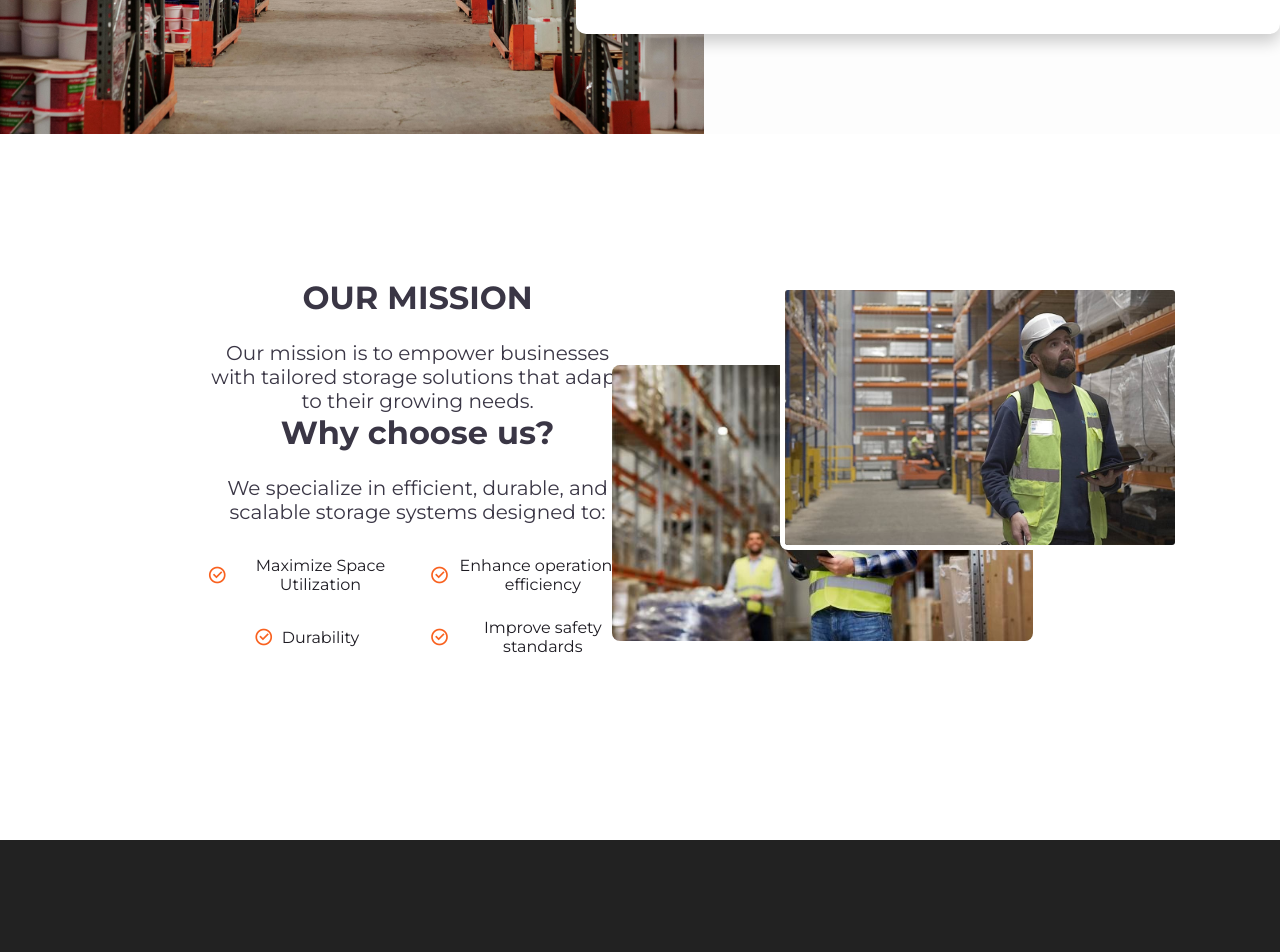
Repository: jahatesu/shelves-and-storage-equipment
Page: index.html
An editor plug-in stored every save of this project. The page is shown before and after the next save, followed by the edit.
The browser window is 1280 px wide. The pictures show the part of the page from y = 1338 to 2290 px (the page is 7818 px tall before and 7738 px after).
A picture or video elsewhere on the page could not be fetched, so the positions and the page height are approximate. Backgrounds fixed to the window are drawn as part of the page. Some web fonts or font styles are not loaded; a fallback is used. Some web libraries are served in a nearby version.

Above is the page before, as saved 2025-01-25 19:33:33.
Console error: TypeError: Cannot read properties of null (reading 'querySelector')

### index.html
<!DOCTYPE html>
<html lang="en">
<head>
    <meta charset="UTF-8">
    <meta name="viewport" content="width=device-width, initial-scale=1.0">
    <!-- Remix Icons -->
    <link rel="stylesheet" href="https://cdnjs.cloudflare.com/ajax/libs/remixicon/4.2.0/remixicon.css">
    <!-- Swiper CSS -->
    <link rel="stylesheet" href="assets\js\swiper-bundle.min.js" />
    <!-- CSS -->
    <link rel="stylesheet" href="style.css">
    <script src="https://cdnjs.cloudflare.com/ajax/libs/jquery/3.7.1/jquery.min.js"></script>
    <title>Shelves and Storage</title>
    <link rel="stylesheet" href="https://fonts.googleapis.com/css?family=Material+Symbols+Rounded&opsz,wght,FILL,GRAD@48,400,0,0" />
    <script  src="https://kit.fontawesome.com/64d58efce2.js" crossorigin="anonymous" ></script>
</head>

<body>

    <!-- Navigation Bar -->
    <header class="transparent">
        <div class="logo">
            <img src="assets\images\logo.png" alt="Shelves and Storage Logo">
        </div>

        <div class="navigation">
            <input type="checkbox" id="nav-checkbox">
            <label for="nav-checkbox" class="nav-toggle">
                <i class="ri-menu-fill"></i>
            </label>

            <ul class="nav-menu">
                <li><a href="#">Home</a></li>
                <li><a href="#">About Us</a></li>
                <li><a href="#">Services</a></li>
                <li><a href="#">Products</a></li>
                <li><a href="#">Contact Us</a></li>
            </ul>
        </div>
    </header>

    <!-- Hero Section -->
    <div class="hero">
        <h1 class="animate__animated animate__fadeInDown">Shelves and Storage Equipment</h1>
        <h3 class="animate__animated animate__fadeInUp">Storage and Racking Expert</h3>
    </div>

    <!-- about -->

    <div class="about-section">
        <div class="inner-container">
            <h1>About Us</h1>
            <p class="text">
                Founded in 2015, Shelves and Storage Equipment Inc. is a trusted name in providing customized racking solutions for logistics and warehousing. We specialize in efficient, durable, and scalable storage systems designed to:
            </p>
            <ul class="skills">
                <li><i class="ri-fullscreen-line"></i> Maximize space utilization</li>
                <li><i class="ri-settings-3-line"></i> Enhance operational efficiency</li>
                <li><i class="ri-shield-check-line"></i> Improve safety standards</li>
            </ul>
        </div>
    </div>

<!-- About Section -->
<section class="about section" id="about">
    <div class="about_container container grid">
        <div class="about_data">
            <h2 class="section_title">OUR MISSION</h2>
            <p>
                Our mission is to empower businesses with tailored storage solutions that adapt to their growing needs.
            </p>
            <h2 class="section_title">Why choose us?</h2>
            <p class="about_description">
                We specialize in efficient, durable, and scalable storage systems designed to:
            </p>
            <ul class="about_list grid">
                <li class="about_list-item">
                    <i class="ri-checkbox-circle-line"></i>
                    <span>Maximize Space Utilization</span>
                </li>
                <li class="about_list-item">
                    <i class="ri-checkbox-circle-line"></i>
                    <span>Enhance operational efficiency</span>
                </li>
                <li class="about_list-item">
                    <i class="ri-checkbox-circle-line"></i>
                    <span> Durability</span>
                </li>
                <li class="about_list-item">
                    <i class="ri-checkbox-circle-line"></i>
                    <span>Improve safety standards</span>
                </li>
            </ul>
        </div>
        <div class="about_images">
            <img src="assets/images/about_img1.png" alt="image" class="about_img1">
            <img src="assets/images/about_img2.png" alt="image" class="about_img2">
        </div>
    </div>
</section>

<!-- Services Section -->
<div class="services-container">
    <div class="service-card">
      <div class="card-image">
        <img src="#" alt="Profile Picture of Annie Lea">
      </div>
      <div class="card-header">
        <h3 class="name">Annie Lea</h3>
        <p class="role">Apps Developer</p>
      </div>
      <div class="card-content">
        <p>Lorem ipsum dolor sit amet, consectetur adipisicing elit. Dolorem quaerat iusto adipisci reprehenderit quasi cum perspiciatis, minima reiciendis magni quam!</p>
      </div>
    </div>
    <div class="service-card">
      <div class="card-image">
        <img src="#" alt="Profile Picture of Eliana Maia">
      </div>
      <div class="card-header">
        <h3 class="name">Eliana Maia</h3>
        <p class="role">Website Developer</p>
      </div>
      <div class="card-content">
        <p>Lorem ipsum dolor sit amet, consectetur adipisicing elit. Dolorem quaerat iusto adipisci reprehenderit quasi cum perspiciatis, minima reiciendis magni quam!</p>
      </div>
    </div>
    <div class="service-card">
      <div class="card-image">
        <img src="#" alt="Profile Picture of Harley Briana">
      </div>
      <div class="card-header">
        <h3 class="name">Harley Briana</h3>
        <p class="role">Graphic Designer</p>
      </div>
      <div class="card-content">
        <p>Lorem ipsum dolor sit amet, consectetur adipisicing elit. Dolorem quaerat iusto adipisci reprehenderit quasi cum perspiciatis, minima reiciendis magni quam!</p>
      </div>
    </div>
  </div>

<!-- what we offer -->
<section class="services section" id="services">
    <div class="services_container container grid">
        <div class="services_data">
            <div>
                <span class="section_subtitle">WHAT WE OFFER</span>
                <h2 class="section_title">Heavy and Light Duty Racks System</h2>
            </div>
        </div>
        <div class="services_grid">
            <article class="services_card">
                <div class="services_icon">
                    <img src="/assets/images/driveInRack.jpg" alt="Drive in Rack">
                </div>
                <h3 class="services_title">Drive in Rack</h3>
                <p>
                    Forklifts drive into storage lanes, reducing aisle space. Perfect for bulk storage.
                </p>
            </article>
            <article class="services_card">
                <div class="services_icon">
                    <img src="assets/images/cantileverRack.jpg" alt="Cantilever Rack">
                </div>
                <h3 class="services_title">Cantilever Rack</h3>
                <p>
                    Ideal for long, bulky items. Easy loading and unloading, maximizes space. Available in single or double-sided options.
                </p>
            </article>
            <article class="services_card">
                <div class="services_icon">
                    <img src="assets/images/mezzanineFloorRack.jpg" alt="Mezzanine Floor">
                </div>
                <h3 class="services_title">Mezzanine Floor</h3>
                <p>
                    Cost-effective, customizable, and durable. Ideal for storage, offices, or production areas.
                </p>
            </article>
            <article class="services_card">
                <div class="services_icon">
                    <img src="assets/images/radioShuttle.jpeg" alt="Radio Shuttle">
                </div>
                <h3 class="services_title">Radio Shuttle Racking</h3>
                <p>
                    Optimize warehouse space and efficiency. Semi-automated, high-density storage. Fast pallet handling, both FIFO and LIFO.
                </p>
            </article>
        </div>
    </div>
</section>

<!-- products -->
<section class="projects section" id="projects">
    <h2 class="section_title_products">Our Products</h2>
    <div class="projects_container container grid">
        <article class="projects_card">
            <img src="assets/images/narrowAisle.jpg" alt="Narrow Aisle Pallet Racking" class="projects_img">
            <div class="projects_data">
                <h2 class="projects_title">Narrow Aisle Pallet Racking</h2>
            </div>
        </article>
        <article class="projects_card">
            <img src="assets/images/doubleDeep.jpg" alt="Double Deep Pallet Racking" class="projects_img">
            <div class="projects_data">
                <h2 class="projects_title">Double Deep Pallet Racking</h2>
            </div>
        </article>
        <article class="projects_card">
            <img src="assets/images/lightDuty.webp" alt="Light Duty Shelves" class="projects_img">
            <div class="projects_data">
                <h2 class="projects_title">Light Duty Shelves</h2>
            </div>
        </article>
        <article class="projects_card">
            <img src="assets/images/boltLess.webp" alt="Boltless Racks" class="projects_img">
            <div class="projects_data">
                <h2 class="projects_title">Boltless Racks</h2>
            </div>
        </article>
        <article class="projects_card">
            <img src="assets/images/counterBalance.jpg" alt="Tailift Counter Balance" class="projects_img">
            <div class="projects_data">
                <h2 class="projects_title">Tailift Counter Balance</h2>
            </div>
        </article>
        <article class="projects_card">
            <img src="assets/images/reachTruck.jpg" alt="Tailift Reach Truck" class="projects_img">
            <div class="projects_data">
                <h2 class="projects_title">Tailift Reach Truck</h2>
            </div>
        </article>
        <article class="projects_card">
            <img src="assets/images/palletRack.webp" alt="Pallet Rack" class="projects_img">
            <div class="projects_data">
                <h2 class="projects_title">Pallet Rack</h2>
            </div>
        </article>
        <article class="projects_card">
            <img src="assets/images/slottedRack.webp" alt="Slotted Rack" class="projects_img">
            <div class="projects_data">
                <h2 class="projects_title">Slotted Rack</h2>
            </div>
        </article>
        <article class="projects_card">
            <img src="assets/images/smRack.webp" alt="Supermarket Rack" class="projects_img">
            <div class="projects_data">
                <h2 class="projects_title">Supermarket Rack</h2>
            </div>
        </article>
        <article class="projects_card">
            <img src="assets/images/shoppingTrolley.jpg" alt="Shopping Trolley" class="projects_img">
            <div class="projects_data">
                <h2 class="projects_title">Shopping Trolley</h2>
            </div>
        </article>
        <article class="projects_card">
            <img src="assets/images/shoppingBasket.jpg" alt="Shopping Basket" class="projects_img">
            <div class="projects_data">
                <h2 class="projects_title">Shopping Basket</h2>
            </div>
        </article>
        <article class="projects_card">
            <img src="assets/images/binBoxes.jpg" alt="Bin Boxes" class="projects_img">
            <div class="projects_data">
                <h2 class="projects_title">Bin Boxes</h2>
            </div>
        </article>
        <article class="projects_card">
            <img src="assets/images/shelving.jpeg" alt="Shelving" class="projects_img">
            <div class="projects_data">
                <h2 class="projects_title">Shelving</h2>
            </div>
        </article>
        <article class="projects_card">
            <img src="assets/images/handPallet.webp" alt="Hand Pallet" class="projects_img">
            <div class="projects_data">
                <h2 class="projects_title">Hand Pallet</h2>
            </div>
        </article>
    </div>
</section>

<!-- contacts -->
<div class="container_contact">
    <span class="big-circle"></span>
    <img src="img/shape.png" class="square" alt="" />
    <div class="form">
      <div class="contact-info">
        <h3 class="title">Let's get in touch</h3>
        <p class="text">
          Lorem ipsum dolor sit amet consectetur adipisicing elit. Saepe
          dolorum adipisci recusandae praesentium dicta!
        </p>

        <div class="info">
          <div class="information">
            <img src="img/location.png" class="icon" alt="" />
            <p>Manila - Philippines</p>
          </div>
          <div class="information">
            <img src="img/email.png" class="icon" alt="" />
            <p>shelvesandstorage.ph@gmail.com<br>
                sseisales3@gmail.com</p>
          </div>
          <div class="information">
            <img src="img/phone.png" class="icon" alt="" />
            <p>0966 750 5869<br>
                (02) 8637 3371</p>
          </div>
        </div>

        <div class="social-media">
          <p>Connect with us :</p>
          <div class="social-icons">
            <a href="#">
              <i class="fab fa-facebook-f"></i>
            </a>
            <a href="#">
              <i class="fab fa-twitter"></i>
            </a>
            <a href="#">
              <i class="fab fa-instagram"></i>
            </a>
            <a href="#">
              <i class="fab fa-linkedin-in"></i>
            </a>
          </div>
        </div>
      </div>

      <div class="contact-form">
        <span class="circle one"></span>
        <span class="circle two"></span>

        <form action="index.html" autocomplete="off">
          <h3 class="title">Contact us</h3>
          <div class="input-container">
            <input type="text" name="name" class="input" />
            <label for="">Username</label>
            <span>Username</span>
          </div>
          <div class="input-container">
            <input type="email" name="email" class="input" />
            <label for="">Email</label>
            <span>Email</span>
          </div>
          <div class="input-container">
            <input type="tel" name="phone" class="input" />
            <label for="">Phone</label>
            <span>Phone</span>
          </div>
          <div class="input-container textarea">
            <textarea name="message" class="input"></textarea>
            <label for="">Message</label>
            <span>Message</span>
          </div>
          <input type="submit" value="Send" class="btn" />
        </form>
      </div>
    </div>
  </div>

  <!-- footer -->
  <footer class="footer">
    <div class="footer_container container grid">
        <div>
            <a href="#" class="footer_logo">
                <img src="assets\images\footerLogo.png" alt="footer logo">
            </a>

            <p class="footer_description">Storage and Racking Expert</p>

            <address class="footer_email">Email: shelvesandstorage.ph@gmail.com</address>
        </div>

        <div class="footer_content grid">
            <div>
                <h3 class="footer_title">Company</h3>
                <ul class="footer_links">
                    <li>
                        <a href="#about" class="footer_link">About Us</a>
                    </li>

                    <li>
                        <a href="#services" class="footer_link">Services</a>
                    </li>

                    <li>
                        <a href="#projects" class="footer_link">Projects</a>
                    </li>
                </ul>
        </div>

        <div>
            <h3 class="footer_title">Information</h3>
            <ul class="footer_list">
                <li>
                    <address class="footer_info">Manila - Philippines</address>
                </li>

                <li>
                </li>

            </ul>
    </div>

    <div>
        <h3 class="footer_title">Social Media</h3>

        <div class="footer_social">
            <a href="#" target="_blank" class="footer_social-link">
                <i class="ri-facebook-circle-line"></i>
            </a>

            <a href="#" target="_blank" class="footer_social-link">
                <i class="ri-instagram-line"></i>
            </a>

            <a href="#" target="_blank" class="footer_social-link">
                <i class="ri-twitter-x-line"></i>
            </a>
        </div>
</div>

    </div>

    <span class="footer_copy">

    </span>
</footer>

<script src="main.js">
</script>

</body>
</html>

Loaded but not shown: assets/js/swiper-bundle.min.js (library); main.js (103 lines, source omitted); style.css (1390 lines, source omitted)

After the next save:
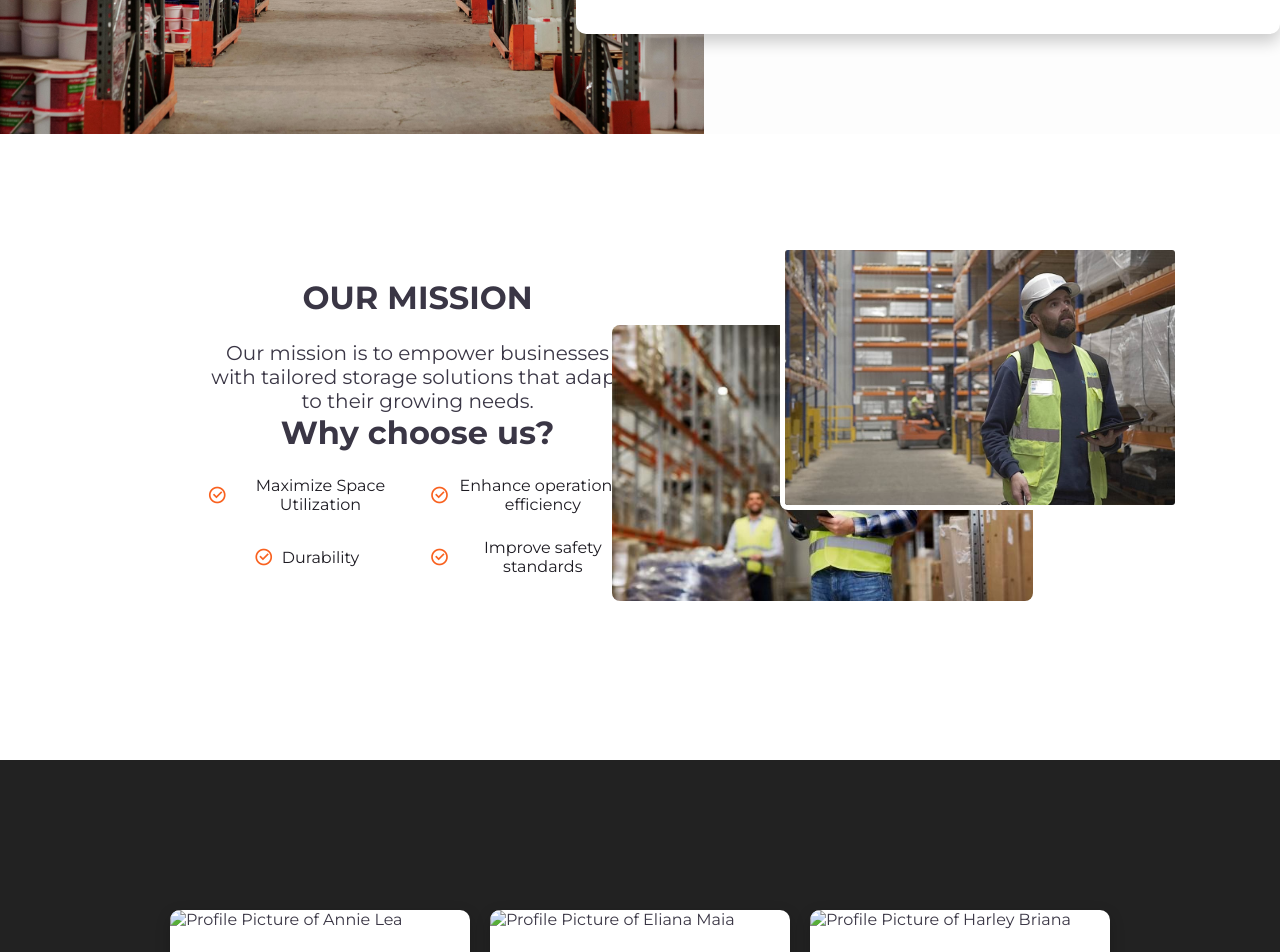
Saved 6 s later.
--- a/index.html
+++ b/index.html
@@ -70,9 +70,9 @@
                 Our mission is to empower businesses with tailored storage solutions that adapt to their growing needs.
             </p>
             <h2 class="section_title">Why choose us?</h2>
-            <p class="about_description">
+            <!-- <p class="about_description">
                 We specialize in efficient, durable, and scalable storage systems designed to:
-            </p>
+            </p> -->
             <ul class="about_list grid">
                 <li class="about_list-item">
                     <i class="ri-checkbox-circle-line"></i>

After the save that followed:
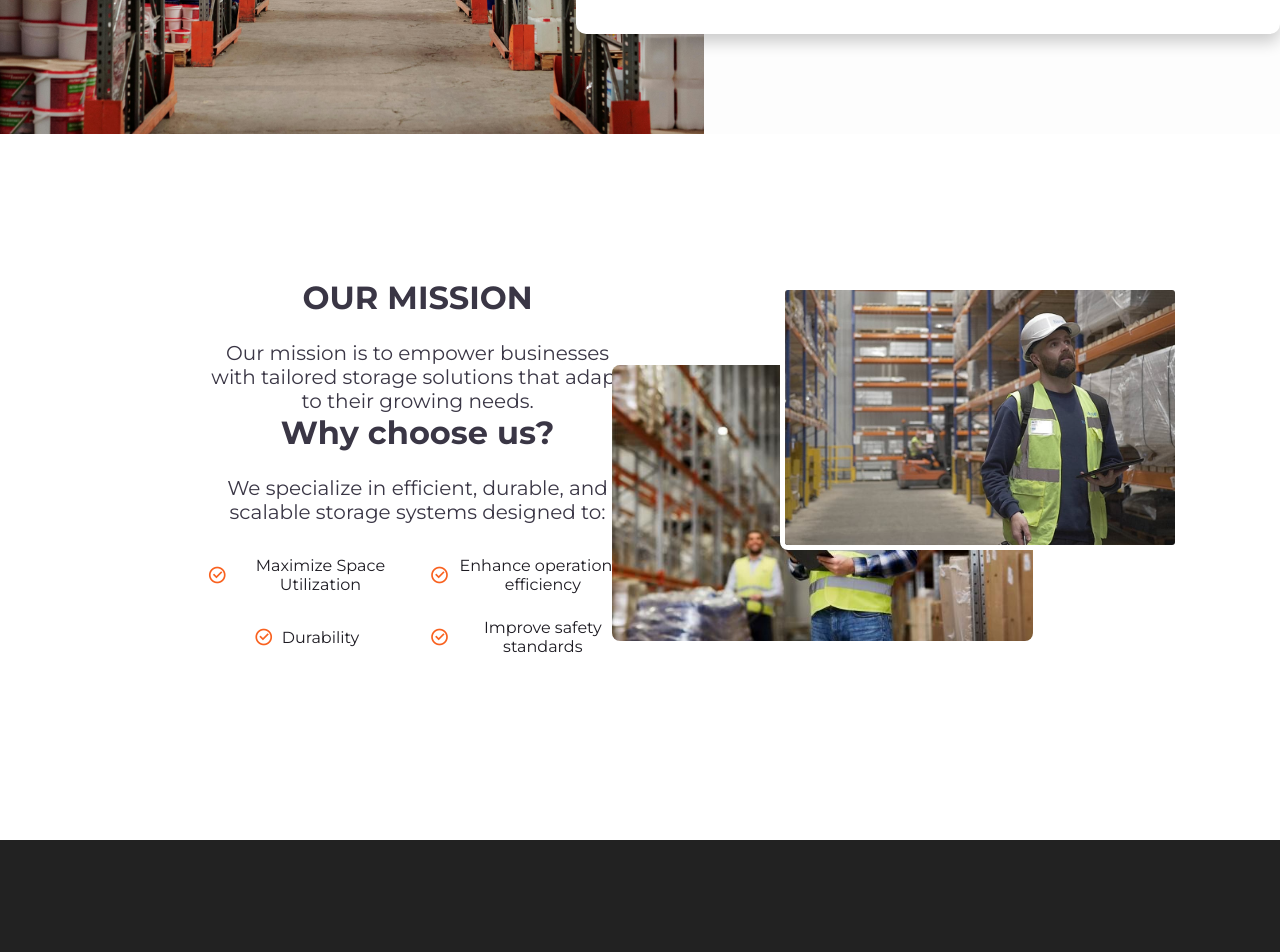
Saved 4 s later.
--- a/index.html
+++ b/index.html
@@ -70,9 +70,9 @@
                 Our mission is to empower businesses with tailored storage solutions that adapt to their growing needs.
             </p>
             <h2 class="section_title">Why choose us?</h2>
-            <!-- <p class="about_description">
+            <p class="about_description">
                 We specialize in efficient, durable, and scalable storage systems designed to:
-            </p> -->
+            </p>
             <ul class="about_list grid">
                 <li class="about_list-item">
                     <i class="ri-checkbox-circle-line"></i>
